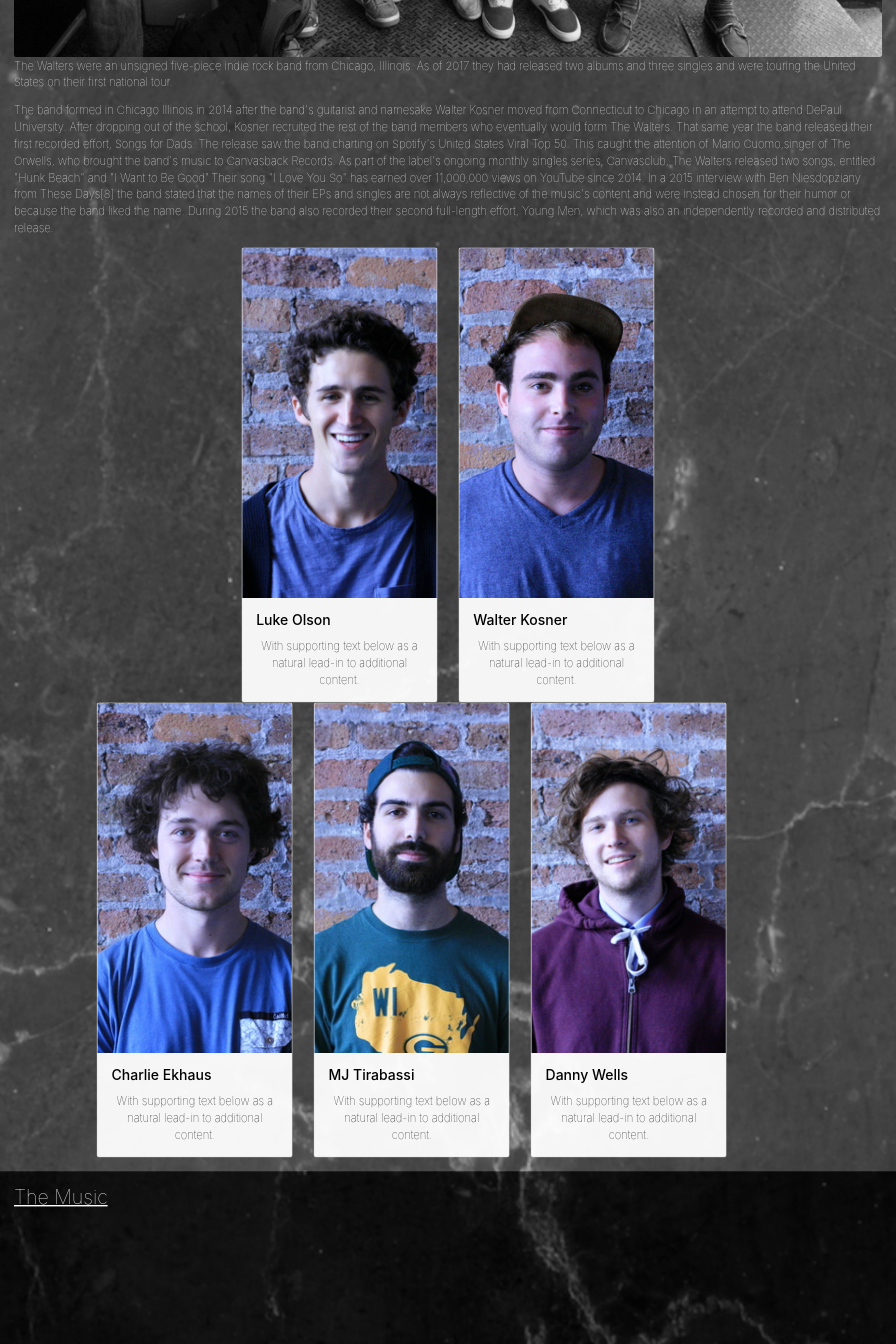
Repository: yucheng91/CIassignment1
Page: index.html
The author's editor kept a record of every edit. The page is drawn from the files as they stood at one moment, then again after the next edit.
The browser window is 1280 px wide. The pictures show the part of the page from y = 1688 to 3608 px (the page is 4717 px tall), at 70% of full size.
Pictures or frames that could not be fetched are drawn as grey boxes.

Above is the page before.

### index.html
<!doctype html>
<html lang="en">
  <head>
    <!-- Required meta tags -->
    <meta charset="utf-8">
    <meta name="viewport" content="width=device-width, initial-scale=1, shrink-to-fit=no">

    <!-- Bootstrap CSS -->
    <link rel="stylesheet" href="https://stackpath.bootstrapcdn.com/bootstrap/4.3.1/css/bootstrap.min.css" integrity="sha384-ggOyR0iXCbMQv3Xipma34MD+dH/1fQ784/j6cY/iJTQUOhcWr7x9JvoRxT2MZw1T" crossorigin="anonymous">
    <link rel="stylesheet" href="style.css" type="text/css" />
    <link rel="stylesheet" href="https://maxcdn.bootstrapcdn.com/font-awesome/4.7.0/css/font-awesome.min.css" type="text/css" />
    <title>The Walters</title>
  </head>

  <body>
    <header>
      <div class="container-fluid">
      <div class="row">
        <div class="col-10">
          <h1>THE WALTERS</h1>
        </div>
        <div class="col-2">
          <a href="https://www.facebook.com"><i class="fa fa-facebook-square fa-2x" aria-hidden="true"></i></a>
          <a href="https://www.twitter.com"><i class="fa fa-twitter-square fa-2x" aria-hidden="true"></i></a>
          <a href="https://www.youtube.com"><i class="fa fa-youtube-square fa-2x" aria-hidden="true"></i></a>
        </div>
      </div>
    </div>
  <div class="border"></div>
  </header>

  <a name="Home"/>
<div id="carouselExampleControls" class="carousel slide" data-ride="carousel">
  <div class="carousel-inner">
    <div class="carousel-item active">
      <img class="d-block w-100" src="images/c1.jpg" alt="First slide">
    </div>
    <div class="carousel-item">
      <img class="d-block w-100" src="images/c2.jpg" alt="Second slide">
    </div>
    <div class="carousel-item">
      <img class="d-block w-100" src="images/c3.jpg" alt="Third slide">
    </div>
  </div>
  <a class="carousel-control-prev" href="#carouselExampleControls" role="button" data-slide="prev">
    <span class="carousel-control-prev-icon" aria-hidden="true"></span>
    <span class="sr-only">Previous</span>
  </a>
  <a class="carousel-control-next" href="#carouselExampleControls" role="button" data-slide="next">
    <span class="carousel-control-next-icon" aria-hidden="true"></span>
    <span class="sr-only">Next</span>
  </a>
</div>
    <div class="border"></div>

  <section class="upcomingshow">
    <div>
      <h2>Upcoming Shows 2019</h2>
      <div class="container-fluid">
        <div class="row">
          <div class="col-12 col-md-3">
            <p>26-27 JUL</p>
          </div>
          <div class="col-12 col-md-6">
            <p>Hard Rock Hotel, Resort World Sentosa</p>
          </div>
          <div class="col-12 col-md-3 text-center">
            <a href="https://www.eventbrite.sg"><button type="button" class="btn btn-dark">RSVP</button></p></a>
         </div>
        </div>

        <div class="row">
          <div class="col-12 col-md-3">
            <p>30-31 AUG</p>
          </div>
          <div class="col-12 col-md-6">
            <p>Hard Rock Cafe, Orchard Singapore</p>
          </div>
          <div class="col-12 col-md-3 text-center">
            <a href="https://www.eventbrite.sg"><button type="button" class="btn btn-dark">RSVP</button></p></a>
          </div>
        </div>
        <div class="row">
          <div class="col-12 col-md-3">
            <p>27-28 SEP</p>
          </div>
          <div class="col-12 col-md-6">
            <p>Hard Rock Hotel, Resort World Sentosa</p>
          </div>
          <div class="col-12 col-md-3 text-center">
            <a href="https://www.eventbrite.sg"><button type="button" class="btn btn-dark">RSVP</button></p></a>
          </div>
        </div>
        <div class="row">
          <div class="col-12 col-md-3">
            <p>27-28 SEP</p>
          </div>
          <div class="col-12 col-md-6">
            <p>Hard Rock Hotel, Resort World Sentosa</p>
          </div>
          <div class="col-12 col-md-3 text-center">
            <a href="https://www.eventbrite.sg"><button type="button" class="btn btn-dark">RSVP</button></p></a>
          </div>
        </div>
      </div>
      </section>

    <section>
    <div class="members">
    <a name="TheWalters"/>
    <h3>The Walters</h3>
    <img src="images/groupphoto.jpeg" class="img-fluid rounded" alt="Responsive image">
    <br>
    <p>The Walters were an unsigned five-piece indie rock band from Chicago, Illinois. As of 2017 they had released two albums and three singles and were touring the United States on their first national tour.</p>
    <p>The band formed in Chicago Illinois in 2014 after the band's guitarist and namesake Walter Kosner moved from Connecticut to Chicago in an attempt to attend DePaul University. After dropping out of the school, Kosner recruited the rest of the band members who eventually would form The Walters. That same year the band released their first recorded effort, Songs for Dads. The release saw the band charting on Spotify's United States Viral Top 50. This caught the attention of Mario Cuomo,singer of The Orwells, who brought the band's music to Canvasback Records. As part of the label's ongoing monthly singles series, Canvasclub, The Walters released two songs, entitled "Hunk Beach" and "I Want to Be Good".Their song "I Love You So" has earned over 11,000,000 views on YouTube since 2014. In a 2015 interview with Ben Niesdopziany from These Days[8] the band stated that the names of their EPs and singles are not always reflective of the music's content and were instead chosen for their humor or because the band liked the name. During 2015 the band also recorded their second full-length effort, Young Men, which was also an independently recorded and distributed release.</p>
      <div class="container-fluid">
        <div class="row">
          <div class="col-3"></div>
          <div class="col-12 col-md-3 card-padding">
            <div class="card">
              <img class="card-img-top" src="images/LukeOlson.png" alt="Card image cap">
              <div class="card-body">
                <h5 class="card-title">Luke Olson</h5>
                <p class="card-text">With supporting text below as a natural lead-in to additional content.</p>
              </div>
            </div>
          </div>
          <div class="col-12 col-md-3 card-padding">
            <div class="card">
              <img class="card-img-top" src="images/walterkosner.png" alt="Card image cap">
              <div class="card-body">
                <h5 class="card-title">Walter Kosner</h5>
                <p class="card-text">With supporting text below as a natural lead-in to additional content.</p>
              </div>
            </div>
          </div>
          <div class="col-3"></div>
        </div>
        <div class="row">
          <div class="col-1"></div>
           <div class="col-12 col-md-3 card-padding">
            <div class="card">
              <img class="card-img-top" src="images/CharlieEkhaus.jpeg" alt="Card image cap">
              <div class="card-body">
                <h5 class="card-title">Charlie Ekhaus</h5>
                <p class="card-text">With supporting text below as a natural lead-in to additional content.</p>
              </div>
            </div>
          </div>
           <div class="col-12 col-md-3 card-padding">
            <div class="card">
              <img class="card-img-top" src="images/MJTirabassi.jpeg" alt="Card image cap">
              <div class="card-body">
                <h5 class="card-title">MJ Tirabassi</h5>
                <p class="card-text">With supporting text below as a natural lead-in to additional content.</p>
              </div>
            </div>
          </div>
           <div class="col-12 col-md-3 card-padding">
            <div class="card">
              <img class="card-img-top" src="images/DannyWells.png" alt="Card image cap">
              <div class="card-body">
                <h5 class="card-title">Danny Wells</h5>
                <p class="card-text">With supporting text below as a natural lead-in to additional content.</p>
              </div>
            </div>
          </div>
          <div class="col-1"></div>
        </div>
      </div>
    </div>
    </section>


    <section>
      <div class="music">
        <a name="Music"/>
          <h3>The Music</h3><br/>
            <div class="container-fluid">
              <div class="row">
                <div class="col-2"></div>
                <div class="col-12 col-md-4">
                  <iframe src="https://open.spotify.com/embed/album/3MFTbUnA8C9T6KCBb0gpH5" width="300" height="380" frameborder="0" allowtransparency="true" allow="encrypted-media"></iframe>
                </div>
                <div class="col-12 col-md-4">
                  <iframe src="https://open.spotify.com/embed/album/5ADia0t4o7pA8dyi8jRA4E" width="300" height="380" frameborder="0" allowtransparency="true" allow="encrypted-media"></iframe>
                </div>
              <div class="col-2"></div>
          </div>
    </section>

    <section>
    <div class="video">
    <a name="Video"/>
    <h3>The Video</h3><br/>
     <div class="embed-responsive embed-responsive-16by9">
        <iframe class="embed-responsive-item" src="https://www.youtube.com/embed/5zfrnme2nJ4" allowfullscreen></iframe>
      </div>
    </div>
    </section>

    <footer>
    <div class="navbar">
    <ul class="nav justify-content-start">
      <li class="nav-item">
        <a class="nav-link active" href="#Home">HOME</a>
      </li>
      <li class="nav-item">
        <a class="nav-link" href="#TheWalters">THE WALTERS</a>
      </li>
      <li class="nav-item">
        <a class="nav-link" href="#Music">MUSIC</a>
      </li>
      <li class="nav-item">
        <a class="nav-link" href="#Video">VIDEO</a>
      </li>
    </ul>
    </div>
    </footer>
    <!-- Optional JavaScript -->
    <!-- jQuery first, then Popper.js, then Bootstrap JS -->
    <script src="https://code.jquery.com/jquery-3.3.1.slim.min.js" integrity="sha384-q8i/X+965DzO0rT7abK41JStQIAqVgRVzpbzo5smXKp4YfRvH+8abtTE1Pi6jizo" crossorigin="anonymous"></script>
    <script src="https://cdnjs.cloudflare.com/ajax/libs/popper.js/1.14.7/umd/popper.min.js" integrity="sha384-UO2eT0CpHqdSJQ6hJty5KVphtPhzWj9WO1clHTMGa3JDZwrnQq4sF86dIHNDz0W1" crossorigin="anonymous"></script>
    <script src="https://stackpath.bootstrapcdn.com/bootstrap/4.3.1/js/bootstrap.min.js" integrity="sha384-JjSmVgyd0p3pXB1rRibZUAYoIIy6OrQ6VrjIEaFf/nJGzIxFDsf4x0xIM+B07jRM" crossorigin="anonymous"></script>
  </body>
</html>

### style.css
body {
    color:white;
    font-weight: 100;
    background-image: url("images/background.jpg");
    background-position: center;
    background-size:cover;
}

.container-fluid h1 {
    font-weight: 100;
    padding-top: 12px;
    text-decoration: underline;
}

.container-fluid p {
    text-align:center;
}

.border {
    height:3px;
    background-color:grey;
    border:0;
    padding:0;
    color:grey;
}

.navbar  {
    position: fixed;
    bottom: 0;
    width: 100%;
    color: white;
    font-weight:100;
    background-color: #151516;
    padding:0 ;
}

.col-2 {
    padding:20px;
    text-align:right;
}

a {
    color:white;
}

.upcomingshow {
        background:rgba(0, 0, 0, 0.5);
}

.upcomingshow h2{
    text-align:center;
    padding-top: 20px;
    padding-bottom: 20px;
    text-decoration:underline;
    font-weight:100;
}

.nobullet {
    list-style-type: none;
    padding-bottom:40px;
    text-align:left;
}

footer {
    bottom:0 ;
    width: 100%;
}

.rsvpbutton {
    border:1px solid white;
}

img {
    height: 500px;
    width: 100%;
    object-fit: cover;
}

.members {
    padding:20px;
    background-color:rgba(242, 242, 242,0.2);
}

.music {
    padding:20px;
    background-color:rgba(0, 0, 0, 0.5);
}

h3 {
    font-weight:100;
    text-decoration: underline;
}

.video {
    padding:20px;
    padding-bottom:80px;
}

.card {
    color:black;
    background:rgba(255, 255, 255,0.95);
}

@media (max-width: 767px) {
    body {
        font-size: 15px;
    }

    h1 {
        font-size: 27px;
    }

    h2 {
        font-size: 20px;
    }

    p {
        font-size: 15px;
    }

    navbar {
        font-size: 15px;
    }

}

@media (max-width:359px) {
    section {
        padding-bottom:76px;
    }
}

After the next edit:
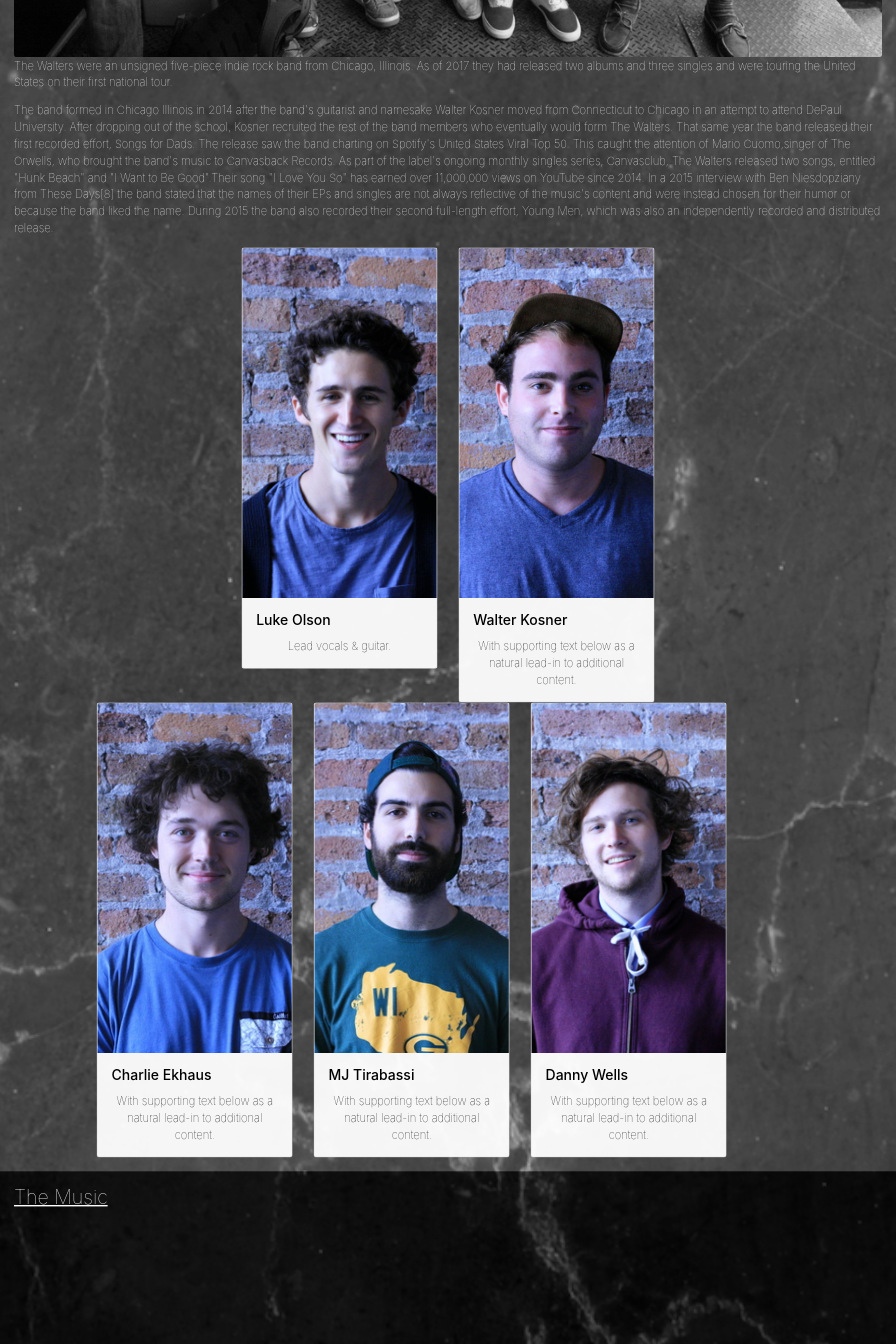
The edit:
--- a/index.html
+++ b/index.html
@@ -121,7 +121,7 @@
               <img class="card-img-top" src="images/LukeOlson.png" alt="Card image cap">
               <div class="card-body">
                 <h5 class="card-title">Luke Olson</h5>
-                <p class="card-text">With supporting text below as a natural lead-in to additional content.</p>
+                <p class="card-text">Lead vocals & guitar.</p>
               </div>
             </div>
           </div>
